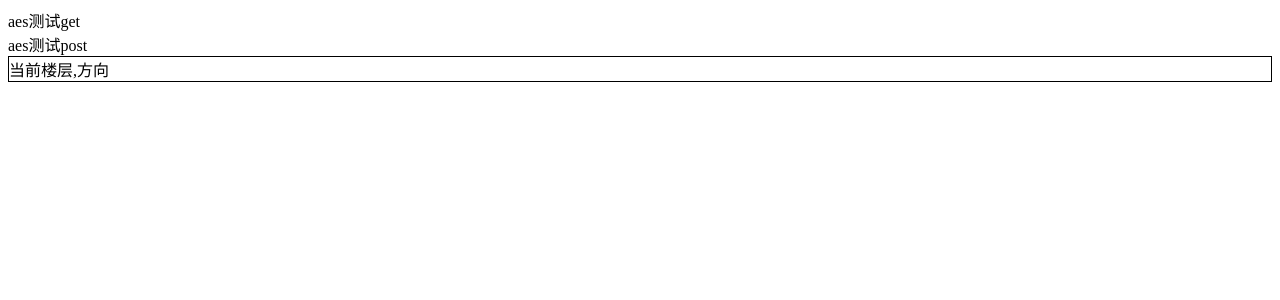
Repository: gaomin-github/my-pj6
Page: /elevatorDemo
The author's editor kept a copy of each file at every save. The page is drawn from the files as they stood at one save, then again after the next save.
The browser window is 1280 px wide. The pictures show the whole page.
The project was rebuilt for these pictures with package versions that can differ from the ones it lists, and the page was loaded fresh each time. Also part of the build but not shown: src/directory.vue.

Above is the page before, as saved 2019-12-05 16:52:46.

### src/main.js
"use strict";
import Vue from 'vue';
import VueRouter from 'vue-router';

import router from './router.js';
import App from './app.vue';
// 注册是为了能在vue实例中使用route实例
// import image1 from '../static/1.jpg';
console.log(__dirname);
console.log('22222222222');
console.log('33333333');

// Vue.use(tip);
Vue.use(VueRouter)

let vm = new Vue({
    el: '#app',
    components: {
        'App': App
    },
    template: '<App/>',
    router: router
})

### src/router.js
import VueRouter from 'vue-router';
import directory from './directory.vue';
// import dropDownDemo from './components/drop-down/demo';
// import panelDemo from './components/panel/demo';
// import dataDemo from './components/datas/demo';
// import httpDemo from './components/reqs/MyAjax.vue';
// import toolDemo from './components/tools/demo.vue';
// import navDemo from './components/nav/demo.vue';
// import directDemo from './components/direct/demo.vue';
// import directDemo2 from './components/direct/demo2.vue';
// import vuePluginDemo from './components/vuePlugins/demo.vue';
let routes = new VueRouter({
    mode: 'history',
    routes: [
        {
            path: '',
            component: directory,
        },
        // {
        //     path: '/drop-down-demo',
        //     component: dropDownDemo
        // }, {
        //     path: '/panelDemo',
        //     component: panelDemo
        // }, {
        //     path: '/dataDemo',
        //     component: dataDemo
        // }, {
        //     path: '/httpDemo',
        //     component: httpDemo
        // }, {
        //     path: '/toolDemo',
        //     component: toolDemo
        // }, {
        //     path: '/navDemo',
        //     component: navDemo
        // }, {
        //     path: '/directDemo',
        //     component: directDemo
        // },
        // {
        //     path:'/directDemo2',
        //     component:directDemo2
        // },
        // {
        //     path: '/vuePluginDemo',
        //     component: vuePluginDemo
        // }
        // ,
        // {
        //     path:'/errorPopDemo',
        //     component:()=>import('./errorInPractice/pop-demo.vue')
        // },{
        //     path:'/vueFor',
        //     component:()=>import('./errorInPractice/vueFor.vue')
        // },
        {
            path: '/elevatorDemo',
            component: () => import('./elevator/elevator.vue')
        }

    ]

})
export default routes;

### src/app.vue
<template>
    <section>
        <section @click="aesGetTest">aes测试get</section>
        <section @click="aesPostTest">aes测试post</section>
        <!-- <test /> -->
        <router-view></router-view>
    </section>
</template>
<script>
// import test from './test.vue';
// import {aesRequestPost,aesRequestGet} from './test/aesRequest.js';
export default {
    components: {
        // test
    },
    methods: {
        aesGetTest() {
            // console.log('aes get test');
            // aesRequestGet().then((result)=>{
            //     console.log(result);
            //     console.log('aes gettest end');
            // });
        },
        aesPostTest() {
            // console.log('aes post test');
            // aesRequestPost().then(result=>{
            //     console.log(result);
            //     console.log('aes posttest end');
            // });
        }
    }
};
</script>
<style>
ul,
li,
ol {
    list-style: none;
    text-decoration: none;
}
ul,
li,
ol,
section,
p,
input {
    margin: 0px;
    padding: 0px;
    font-size: inherit;
    box-sizing: border-box;
}
</style>

### src/elevator/elevator.vue
<template>
    <section class="elevator-container">
        <section v-for="(floor,floorIndex) in floors" :key="floorIndex" class="floor">
            <section class="floor-label">{{floor.index}}</section>
            <section
                class="floor-btn"
                :class="{'floor-btn-active':floor.up}"
                @click="chooseFloor(floor.index,'up')"
            >up</section>
            <section
                class="floor-btn"
                :class="{'floor-btn-active':floor.down}"
                @click="chooseFloor(floor.index,'down')"
            >down</section>
            <!-- <section class="floor-icon-up" v-if="direction==='up'"></section>
            <section class="floor-icon-down" v-if="direction==='down'"></section>-->
        </section>
        <section>当前楼层{{currentFloor}},方向{{direction}}</section>
    </section>
</template>
<script src="./elevator.js">
</script>
<style lang="scss" scoped>
.elevator-container {
    width: 100%;
    height: 100%;
    border: 1px black solid;
}
.floor {
    width: 100%;
    // height: 50px;
    margin: 10px;
    font-size: 22px;
    line-height: 22px;
    display: flex;
    position: relative;
    // &-label {
    //     display: block;
    //     margin-right: 20px;
    //     width: 40px;
    // }
    // &-btn {
    //     margin-left: 5px;
    //     padding: 5px 10px;
    //     border: 1px #cecece solid;
    //     border-radius: 5px;
    // }
    // &-btn-active {
    //     background: rgb(50, 180, 220);
    // }
    // &-icon-up,
    // &-icon-down {
    //     border: 20px rgb(200, 150, 50) solid;
    //     border-left: 10px solid transparent;
    //     border-right: 10px solid transparent;
    //     position: absolute;
    // }
    // &-icon-up {
    //     border-top: 10px solid transparent;
    //     bottom: 7px;
    //     right: 140px;
    // }
    // &-icon-down {
    //     border-bottom: 10px solid transparent;
    //     top: 7px;
    //     right: 110px;
    // }
}
</style>

### src/elevator/elevator.js
// const FLOORNUM = 10;
// export default {
//     data: function () {
//         return {
//             currentFloor: FLOORNUM,
//             finalFloor: 0,
//             taskList: [],
//             direction: '',
//             floors: [],
//             floorTimer: null,
//         }
//     },
//     mounted() {
//         this.init();
//     },
//     computed: {
//         getFloors() {
//             // return this.floors.sort((a, b) => {
//             //     return b.index - a.index;
//             // })
//         }
//     },
//     methods: {
//         init() {
//             this.initFloor();
//             // console.table(this.floors);
//         },
//         initFloor() {
//             let i = FLOORNUM;
//             while (i > 0) {
//                 this.floors.push({
//                     index: i,
//                     up: false,
//                     down: false
//                 })
//                 i--;
//             }
//         },
//         chooseFloor(floorNum, dir) {
//             this.floors[FLOORNUM - floorNum][dir] = true;
//             // console.table(this.floors);
//             // console.log('getFloors');
//             // console.table(this.getFloors);
//             console.log(`floorNum:${floorNum},dir:${dir}`);
//             this.floorMove();
//         },
//         floorMove() {
//             console.log(`direction:${this.direction},currentFloor:${this.currentFloor}`);
//             if (!this.direction) {
//                 // 初始化静止状态
//                 this.direction = 'down';
//                 if (this.floors[FLOORNUM - this.currentFloor].down) this.floors[FLOORNUM - this.currentFloor] = false;
//                 this.floorTimer = setTimeout(() => {
//                     // this.currentFloor--;
//                     this.floorMove();
//                 }, 1000)
//             } else if (this.direction === 'up') {
//                 this.currentFloor++;
//                 // 当前层有上指示
//                 if (this.floors[FLOORNUM - this.currentFloor].up) this.floors[FLOORNUM - this.currentFloor].up = false;

//                 let downIndex = this.floors.slice(FLOORNUM - this.currentFloor, FLOORNUM).findIndex(floor => {
//                     return floor.up || floor.down;
//                 })
//                 let upIndex = this.floors.slice(0, FLOORNUM - this.currentFloor).findIndex(floor => {
//                     return floor.down || floor.up;
//                 })
//                 if (upIndex >= 0 || downIndex < 0) {
//                     // 上层有人等待,下层无人等待
//                     if (this.currentFloor === FLOORNUM) {
//                         // 最高层
//                         this.direction = '';
//                     } else {
//                         // 上行
//                         this.floorTimer = setTimeout(() => {
//                             // this.currentFloor++;
//                             this.floorMove();
//                         }, 1000)
//                     }
//                 } else {
//                     // 上层无指令，下层有等待，下行
//                     this.direction = 'down';
//                     if (this.floors[FLOORNUM - this.currentFloor].down) this.floors[FLOORNUM - this.currentFloor].down = false;

//                     this.floorTimer = setTimeout(() => {
//                         // this.currentFloor--;
//                         this.floorMove();
//                     }, 1000)

//                 }
//             } else if (this.direction === 'down') {
//                 this.currentFloor--;
//                 // 当前层有下指示
//                 if (this.floors[FLOORNUM - this.currentFloor].down) this.floors[FLOORNUM - this.currentFloor].down = false;

//                 let downIndex = this.floors.slice(FLOORNUM - this.currentFloor, FLOORNUM).findIndex(floor => {
//                     return floor.down || floor.up;
//                 })

//                 if (downIndex >= 0) {
//                     // 下层有等待，下行
//                     // this.direction === 'up';
//                     this.floorTimer = setTimeout(() => {
//                         this.floorMove();
//                     }, 1000)
//                 } else {
//                     this.direction = 'up';
//                     if (this.floors[FLOORNUM - this.currentFloor].up) this.floors[FLOORNUM - this.currentFloor].up = false;

//                     this.floorTimer = setTimeout(() => {
//                         // this.currentFloor++;
//                         this.floorMove();
//                     }, 1000)

//                 }

//             }

//         }
//     }
// }
export default {}

After the next save:
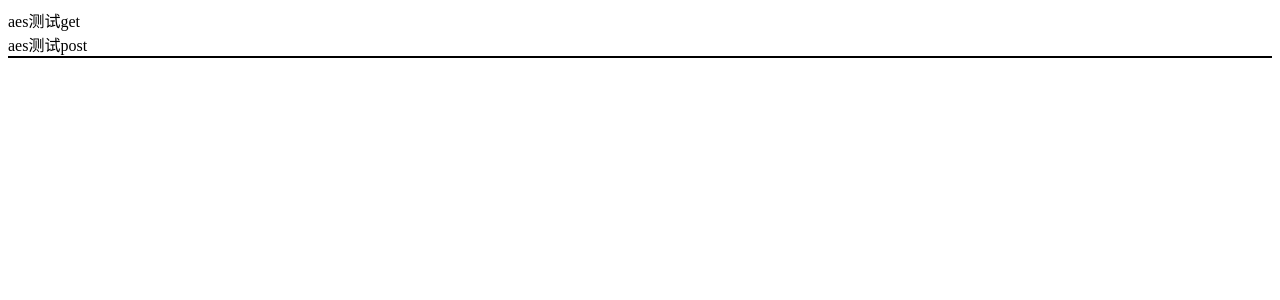
Saved 48 s later.
--- a/src/elevator/elevator.vue
+++ b/src/elevator/elevator.vue
@@ -1,6 +1,6 @@
 <template>
     <section class="elevator-container">
-        <section v-for="(floor,floorIndex) in floors" :key="floorIndex" class="floor">
+        <!-- <section v-for="(floor,floorIndex) in floors" :key="floorIndex" class="floor">
             <section class="floor-label">{{floor.index}}</section>
             <section
                 class="floor-btn"
@@ -12,10 +12,10 @@
                 :class="{'floor-btn-active':floor.down}"
                 @click="chooseFloor(floor.index,'down')"
             >down</section>
-            <!-- <section class="floor-icon-up" v-if="direction==='up'"></section>
-            <section class="floor-icon-down" v-if="direction==='down'"></section>-->
-        </section>
-        <section>当前楼层{{currentFloor}},方向{{direction}}</section>
+            <section class="floor-icon-up" v-if="direction==='up'"></section>
+        <section class="floor-icon-down" v-if="direction==='down'"></section>-->
+        <!-- </section>
+        <section>当前楼层{{currentFloor}},方向{{direction}}</section>-->
     </section>
 </template>
 <script src="./elevator.js">
@@ -28,7 +28,6 @@
 }
 .floor {
     width: 100%;
-    // height: 50px;
     margin: 10px;
     font-size: 22px;
     line-height: 22px;
